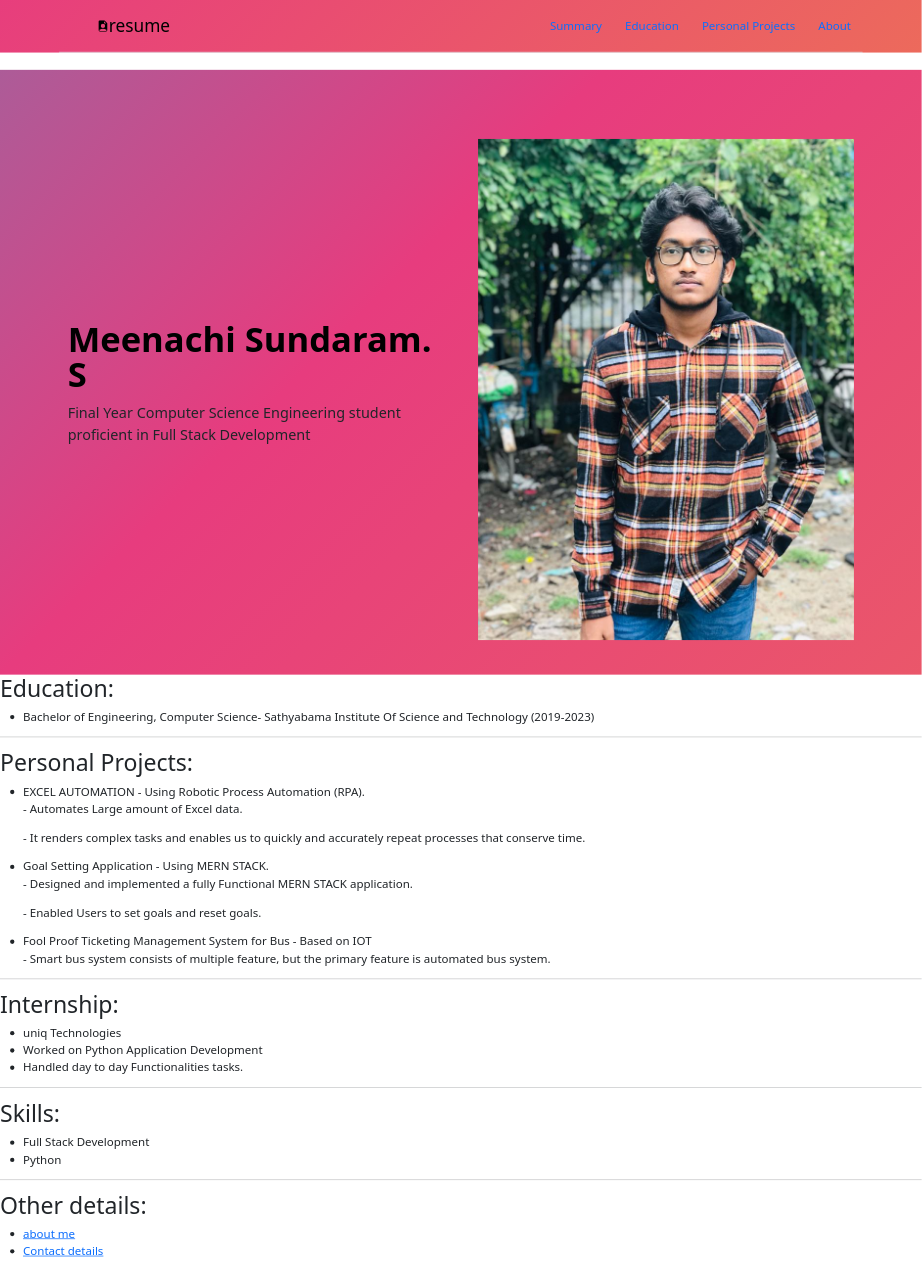
Repository: MeenachiSUNDARAM7/web-dev-projects
Page: resume page/index.html
The author's editor kept a copy of each file at every save. The page is drawn from the files as they stood at one save, then again after the next save.
The browser window is 1280 px wide. The pictures show the whole page, at 72% of full size.

Above is the page before, as saved 2023-07-18 21:06:08.

After the next save:
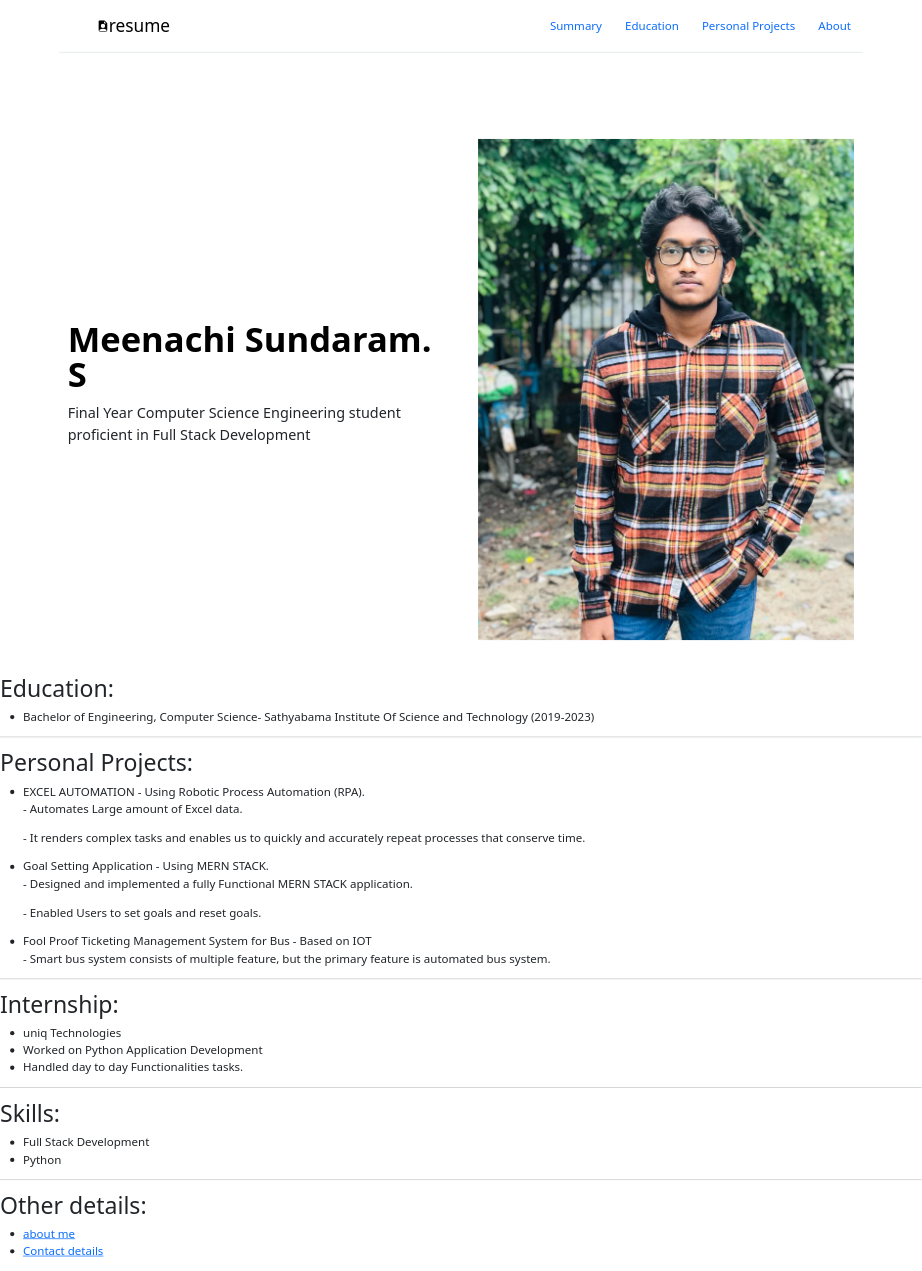
Saved 81 s later.
--- a/resume page/style.css
+++ b/resume page/style.css
@@ -1,5 +1,5 @@
 .gradient-background {
-	background: linear-gradient(-45deg, #ee7752, #e73c7e, #23a6d5, #23d5ab);
+	background: linear-gradient(-45deg, #ee7752);
 	background-size: 400% 400%;
 	animation: gradient 15s ease infinite;
 }
